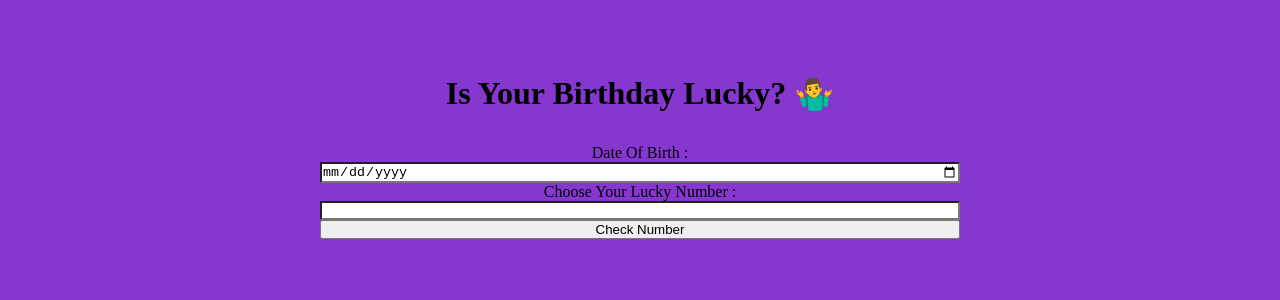
Repository: patelamancode/Lucky-Birthday-App
Page: index.html
An editor plug-in stored every save of this project. The page is shown before and after the next save, followed by the edit.
The browser window is 1280 px wide. The pictures show the whole page.

Above is the page before, as saved 2022-11-21 17:08:43.

### index.html
<!DOCTYPE html>
<html lang="en">
<head>
    <meta charset="UTF-8">
    <meta http-equiv="X-UA-Compatible" content="IE=edge">
    <meta name="viewport" content="width=device-width, initial-scale=1.0">
    <link rel="stylesheet" href="index.css">
    <title>Is your birthday lucky</title>
</head>
<body>
    <div id="main-container">
        <h1 class="app-title">Is Your Birthday Lucky? 🤷‍♂️</h1>
        <label for="date-of-birth" class="dob">Date Of Birth :</label>
        <input type="date" class="selected-dob">
        <label for="lucky-number" class="favourite-number">Choose Your Lucky Number :</label>
        <input type="number" class="user-number">
        <button id="check-btn">Check Number</button>
    </div>

</body>
</html>

### index.css
*{
    margin: 0;
    padding: 0;
}
 body{
    background-color: rgb(134, 55, 207);
 }

 #main-container {
    display: flex;
    flex-direction: column;
    width: 50vw;
    margin: auto;
    margin-top: 2rem;
    padding: 10px;
    text-align: center;
 }

 .app-title{
    margin: 2rem;
 }
 label{
    width: auto;
 }
 input{
    -webkit-appearance: none;
    box-shadow: none !important;
 }

After the next save:
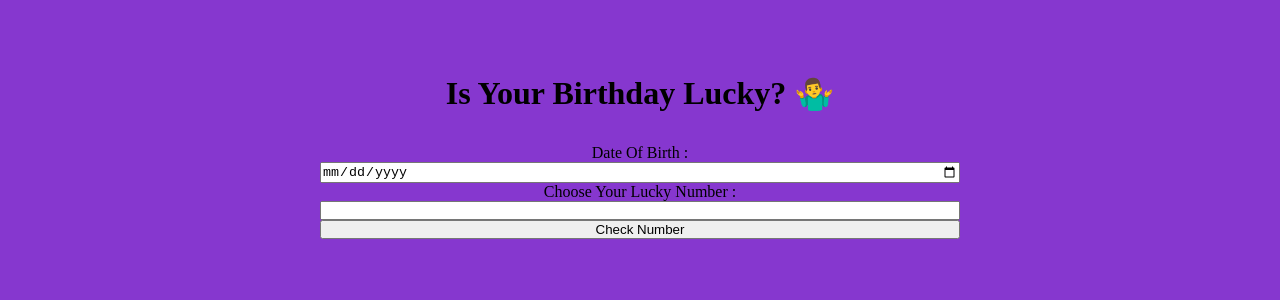
Saved 47 s later.
--- a/index.css
+++ b/index.css
@@ -22,7 +22,7 @@
  label{
     width: auto;
  }
- input{
+ /* input{
     -webkit-appearance: none;
     box-shadow: none !important;
- }
+ } */
